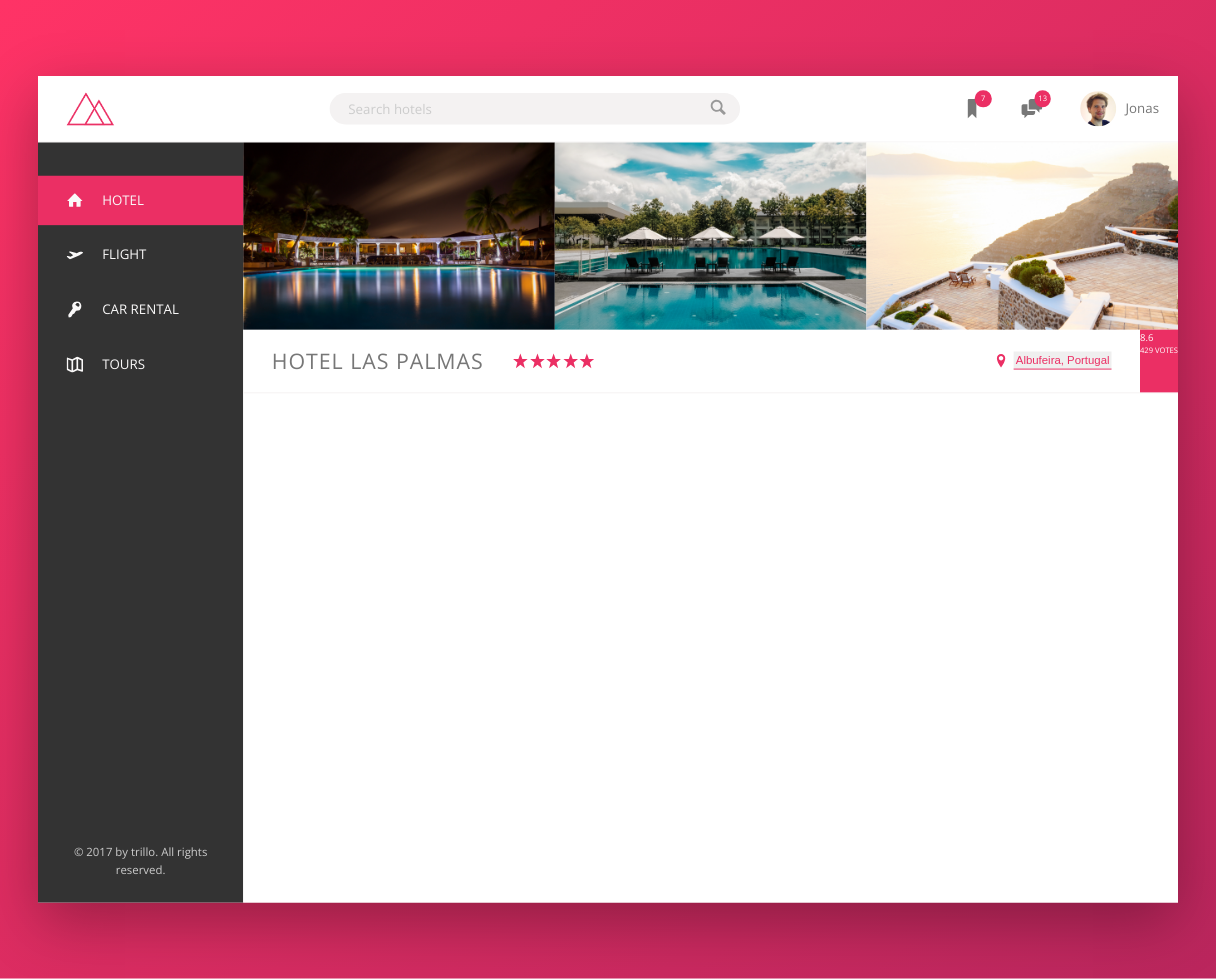
Repository: MalgorzataMazur/Trillo
Page: index.html
These files come from the project's save history. The page is drawn as it stood at one moment and after the next save; the edit follows.
The browser window is 1280 px wide. The pictures show the whole page, at 95% of full size.
The style sheet was rebuilt from its Sass, Less or Tailwind sources for each picture, by a compiler version that may differ from the author's.

Above is the page before, as saved 2020-03-27 16:08:39.

### index.html
<!DOCTYPE html>
<html lang="en">
    <head>
        <meta charset="UTF-8">
        <meta name="viewport" content="width=device-width, initial-scale=1.0">

        <link href="https://fonts.googleapis.com/css?family=Open+Sans:300,400,600" rel="stylesheet">
        <link rel="stylesheet" href="css/style.css">
        <link rel="shortcut icon" type="image/png" href="img/favicon.png">

        <title>trillo &mdash; Your all-in-one booking app</title>
    </head>
    <body>
        <div class="container">
            <header class="header">
                <img src="img/logo.png" alt="trillo logo" class="logo">

                <form action="#" class="search">
                    <input type="text" class="search__input" placeholder="Search hotels">
                    <button class="search__button">
                        <svg class="search__icon">
                            <use xlink:href="img/sprite.svg#icon-magnifying-glass"></use> <!--include svg -->
                        </svg>
                    </button>
                </form>

                <nav class="user-nav">
                    <div class="user-nav__icon-box">
                        <svg class="user-nav__icon">
                            <use xlink:href="img/sprite.svg#icon-bookmark"></use>
                        </svg>
                        <span class="user-nav__notification">7</span>
                    </div>
                    <div class="user-nav__icon-box">
                        <svg class="user-nav__icon">
                            <use xlink:href="img/sprite.svg#icon-chat"></use>
                        </svg>
                        <span class="user-nav__notification">13</span>
                    </div>
                    <div class="user-nav__user">
                        <img src="img/user.jpg" alt="User photo" class="user-nav__user-photo">
                        <span class="user-nav__user-name">Jonas</span>
                    </div>
                </nav>
            </header>
            <div class="content">
                <nav class="sidebar">
                    <ul class="side-nav">
                        <li class="side-nav__item side-nav__item--active">
                            <a href="#" class="side-nav__link">
                                <svg class="side-nav__icon">
                                    <use xlink:href="img/sprite.svg#icon-home"></use>
                                </svg>
                                <span>Hotel</span>
                            </a>
                        </li>
                        <li class="side-nav__item">
                            <a href="#" class="side-nav__link">
                                <svg class="side-nav__icon">
                                    <use xlink:href="img/sprite.svg#icon-aircraft-take-off"></use>
                                </svg>
                                <span>Flight</span>
                            </a>
                        </li>
                        <li class="side-nav__item">
                            <a href="#" class="side-nav__link">
                                <svg class="side-nav__icon">
                                    <use xlink:href="img/sprite.svg#icon-key"></use>
                                </svg>
                                <span>Car rental</span>
                            </a>
                        </li>
                        <li class="side-nav__item">
                            <a href="#" class="side-nav__link">
                                <svg class="side-nav__icon">
                                    <use xlink:href="img/sprite.svg#icon-map"></use>
                                </svg>
                                <span>Tours</span>
                            </a>
                        </li>
                    </ul>

                    <div class="legal">
                        &copy; 2017 by trillo. All rights reserved. <!-- html entity -->
                    </div>
                </nav>
                <main class="hotel-view">
                    <div class="gallery">
                        <figure class="gallery__item">
                            <img src="img/hotel-1.jpg" alt="Photo of hotel 1" class="gallery__photo">
                        </figure>
                        <figure class="gallery__item">
                            <img src="img/hotel-2.jpg" alt="Photo of hotel 2" class="gallery__photo">
                        </figure>
                        <figure class="gallery__item">
                            <img src="img/hotel-3.jpg" alt="Photo of hotel 3" class="gallery__photo">
                        </figure>
                    </div>

                    <div class="overview">
                        <h1 class="overview__heading">
                            Hotel Las Palmas
                        </h1>

                        <div class="overview__stars">
                            <svg class="overview__icon-star">
                                <use xlink:href="img/sprite.svg#icon-star"></use>
                            </svg>
                            <svg class="overview__icon-star">
                                <use xlink:href="img/sprite.svg#icon-star"></use>
                            </svg>
                            <svg class="overview__icon-star">
                                <use xlink:href="img/sprite.svg#icon-star"></use>
                            </svg>
                            <svg class="overview__icon-star">
                                <use xlink:href="img/sprite.svg#icon-star"></use>
                            </svg>
                            <svg class="overview__icon-star">
                                <use xlink:href="img/sprite.svg#icon-star"></use>
                            </svg>
                        </div>

                        <div class="overview__location">
                            <svg class="overview__icon-location">
                                <use xlink:href="img/sprite.svg#icon-location-pin"></use>
                            </svg>
                            <button class="btn-inline">Albufeira, Portugal</button>
                        </div>

                        <div class="overview__rating">
                            <div class="overiew__rating-average">8.6</div>
                            <div class="overview__rating-count">429 votes</div>
                        </div>
                </main>
            </div>

        </div>
    </body>
</html>

### sass/_base.scss
//variable will be avuialable for entire documents here, global parent of elelemnt
:root { //root pseudoclass the same like ktml but higher specifity //css custom proiperties variables I use here define in declaration bloxk remember
    --color-primary: #eb2f64;
    --color-primary-light: #FF3366;
    --color-primary-dark: #BA265D;

    --color-grey-light-1: #faf9f9;
    --color-grey-light-2: #f4f2f2;
    --color-grey-light-3: #f0eeee;
    --color-grey-light-4: #ccc;

    --color-grey-dark-1: #333;
    --color-grey-dark-2: #777;
    --color-grey-dark-3: #999;

    --shadow-dark: 0 2rem 6rem rgba(0,0,0,.3);

}

* { //first global settings *,htm, body
    margin: 0;
    padding: 0;
}

*,
*::before,
*::after {
    box-sizing: inherit;
}

html {
    box-sizing: border-box;
    font-size: 62.5%; //1rem = 10px, 10px/16px = 62.5%
}

body {
    font-family: 'Open Sans', sans-serif;
    font-weight: 400;
    line-height: 1.6;
    color: var(--color-grey-dark-2);
    background-image: linear-gradient(to right bottom, var(--color-primary-light), var(--color-primary-dark)); //gradient from the left top cornet to right bottom corner
    background-size: cover;
    background-repeat: no-repeat; //default is repeat in css

    min-height: 100vh; //min height but if height can be bigger than that will be simply bigger
}

### sass/_layout.scss
.container {
    max-width: 120rem; //container can decrease if hasn't got enough enough space to display our 120rem,;inaczej 1200px i jesli mniej to zajmie 100% szerokosci portu
    margin: 8rem auto;
    background-color: var(--color-grey-light-1);
    box-shadow: var(--shadow-dark);

    min-height: 50rem;
}

.header {
    font-size: 1.4rem;
    height: 7rem;
    background-color: #fff;
    border-bottom: 1px solid var(--color-grey-light-2);

    display: flex; //cause it is parent element
    justify-content: space-between; // divide empty space between 3 elements
    align-items: center; //wzdłuż osi poprzecznej center
}

.content {
    display: flex;
}

.sidebar {
    background-color: var(--color-grey-dark-1);

    flex: 0 0 18%; //don't want to grow & shrink & we want 18% of width; automatic wil be

    display: flex;
    flex-direction: column; //change the direction of the main axis from left to right to top to bottom
    justify-content: space-between;
}

.hotel-view {
    background-color: #fff;
    ////test
    height: 80rem;

    flex: 1; //by using flex 1 element should grow as much as that can; na tyle ile ma przestrzeni
}

### sass/_components.scss
/////////////////////////////////
////LOGO
.logo {
    height: 3.5rem;
    margin-left: 3rem;
}



/////////////////////////////////
////SEARCH
.search {
    flex: 0 0 40%; //grow shrink occupy

    display: flex;//flex item is becoming flex container,; we center loop icon btn
    align-items: center; //center elem along the cross axis
    justify-content: center; //center elem along the main axis

    &__input {
        font-family: inherit;
        font-size: inherit;
        color: inherit;
        background-color: var(--color-grey-light-2);
        border: none;
        border-radius: 100px;
        padding: .7rem 2rem;
        width: 90%;
        transition: all .2s;
        margin-right: -3.25rem; //this way the btn move on top of input

        &:focus {
            outline: none;
            width: 100%;
            background-color: var(--color-grey-light-3);
        }

        &::-webkit-input-placeholder {
            font-weight: 100;
            color: var(--color-grey-light-4);
        }
    }

    &__input:focus + &__button { //sibling, adjust element; the same backgr color
        background-color: var(--color-grey-light-3);
    }

    &__button {
        border: none;
        background-color: var(--color-grey-light-2);

        &:focus {
            outline: none;
        }

        &:active {
            transform: translate(2px);
        }
    }

    &__icon {
        height: 2rem;
        width: 2rem;
        fill: var(--color-grey-dark-3);
}
}



/////////////////////////////////
////USER NAVIGATION
.user-nav {
    align-self: stretch; //żeby one sie rozciagaly, is like align items but for one individual item; ovverite in header align item center

    display: flex; //flex item on the sam etime is flex container
    align-items: center;

    & > * {
        padding: 0 2rem;
        cursor: pointer;
        display: flex;
        height: 100%;
        align-items: center; //when we hoover thy arent on the top; vertical align
   }

    & > *:hover {
        background-color: var(--color-grey-light-2);
    }

    &__icon-box {
        position: relative;
    }

    &__icon {
        height: 2.25rem;
        width: 2.25rem;
        fill: var(--color-grey-dark-2);
    }

    &__notification {
        font-size: .8rem;
        height: 1.75rem;
        width: 1.75rem;
        border-radius: 50%;
        background-color: var(--color-primary);
        color: #fff;
        position: absolute; //parent elememnt is iconbox relative
        top: 1.5rem;
        right: 1.1rem;

        display: flex;
        justify-content: center;
        align-items: center;
    }

    &__user-photo {
        height: 3.75rem;
        border-radius: 50%;
        margin-right: 1rem;
    }
}



/////////////////////////////////
////SIDE NAVIGATION
.side-nav {
    font-size: 1.4rem;
    list-style: none;
    margin-top: 3.5rem;

    &__item {
        position: relative;

        &:not(:last-child) { //all the items except the last one
            margin-bottom: .5rem;
        }
    }

    &__item::before { //line becpmes invisible which then expands to the right side
        content: "";
        position: absolute;
        top: 0;
        left: 0;
        height: 100%;
        width: 3px;
        background-color: var(--color-primary);
        transform: scaleY(0); //normal state without any hover
        transition: transform .2s, //first transform ghappens during .2s & we wait this time .2s until we start transitioning the width .4s
                    width .4s cubic-bezier(1,0,0,1) .2s,
                    background-color .1s; //we can set diffrent settings for diffrent properties. we can have the staged animations where first the transform happens then the width
    }

    &__item:hover::before,
    &__item--active::before {
        transform: scaleY(1); //only occurs Y direction from top to bottom
        width: 100%;
    }

    &__item:active::before {
        background-color: var(--color-primary-light);
    }

    &__link:link,
    &__link:visited {
        color: var(--color-grey-light-1);
        text-decoration: none;
        text-transform: uppercase;
        display: block;
        padding: 1.5rem 3rem;
        position: relative; //on top of the before elem after hover

        display: flex;
        align-items: center; //ikony równo z napisem z listy
    }

    &__icon {
        width: 1.75rem;
        height: 1.75rem;
        margin-right: 2rem;
        fill: currentColor; //means color ofthe current elelemnt or the parent element
    }
}



/////////////////////////////////
////LEGAL TEXT
.legal {
    font-size: 1.2rem;
    color: var(--color-grey-light-4);
    text-align: center;
    padding: 2.5rem;
}



/////////////////////////////////
////SIDE NAVIGATION
.gallery {
    display: flex;

    &__photo {
        width: 100%;
        display: block;
    }
}



/////////////////////////////////
////SIDE NAVIGATION
.overview {
    display: flex; // justify-content: space-between; //evenly distribute all the elements along the main axis
    align-items: center;
    border-bottom: 1px solid var(--color-grey-light-2);

    &__heading {
        font-size: 2.25rem;
        font-weight: 300;
        text-transform: uppercase;
        letter-spacing: 1px;
        padding: 1.5rem 3rem;
    }

    &__stars {
        // flex: 1;
        margin-right: auto; //we created the space without actually stretching out this entire element; element only occypying the space that it needs here
        display: flex;    }

    &__icon-star,
    &__icon-location {
        width: 1.75rem;
        height: 1.75rem;
        fill: var(--color-primary);
    }

    &__location {
        font-size: 1.2rem;
        display: flex;
        align-items: center;
    }

    &__icon-location {
        margin-right: .5rem;
    }

    &__rating {
        background-color: var(--color-primary);
        color: #fff;
        margin-left: 3rem;
        align-self: stretch;

    }

    &__rating-average {
        font-size: 2.25rem;
        font-weight: 300;
        align-items: center;
    }

    &__rating-count {
        font-size: .8rem;
        text-transform: uppercase;
    }
}



/////////////////////////////////
////BUTTON-LINE
.btn-inline {
    border: none;
    color: var(--color-primary);
    font-size: inherit;
    border-bottom: 1px solid currentColor;
    padding: 2px;
    display: inline-block;
    background-clip: transparent;
    cursor: pointer;
    transition: all .2s;

    &:hover {
        color: var(--color-grey-dark-1); //when hover the border becomes the exact same color as the tex
    }

    &:focus {
        outline: none;
        animation: pulsate 1s infinite;
    }
}

@keyframes pulsate {
    0% { //normal state
        transform: scale(1);
        box-shadow: none;
    }

    50% { //scale a little bit
        transform: scale(1.05);
        box-shadow: 0 1rem 4rem rgba(0,0,0,.25);
    }

    100% { //back to the normal
        transform: scale(1);
        box-shadow: none;
    }
}

Loaded but not shown: sass/main.scss (common file)

After the next save:
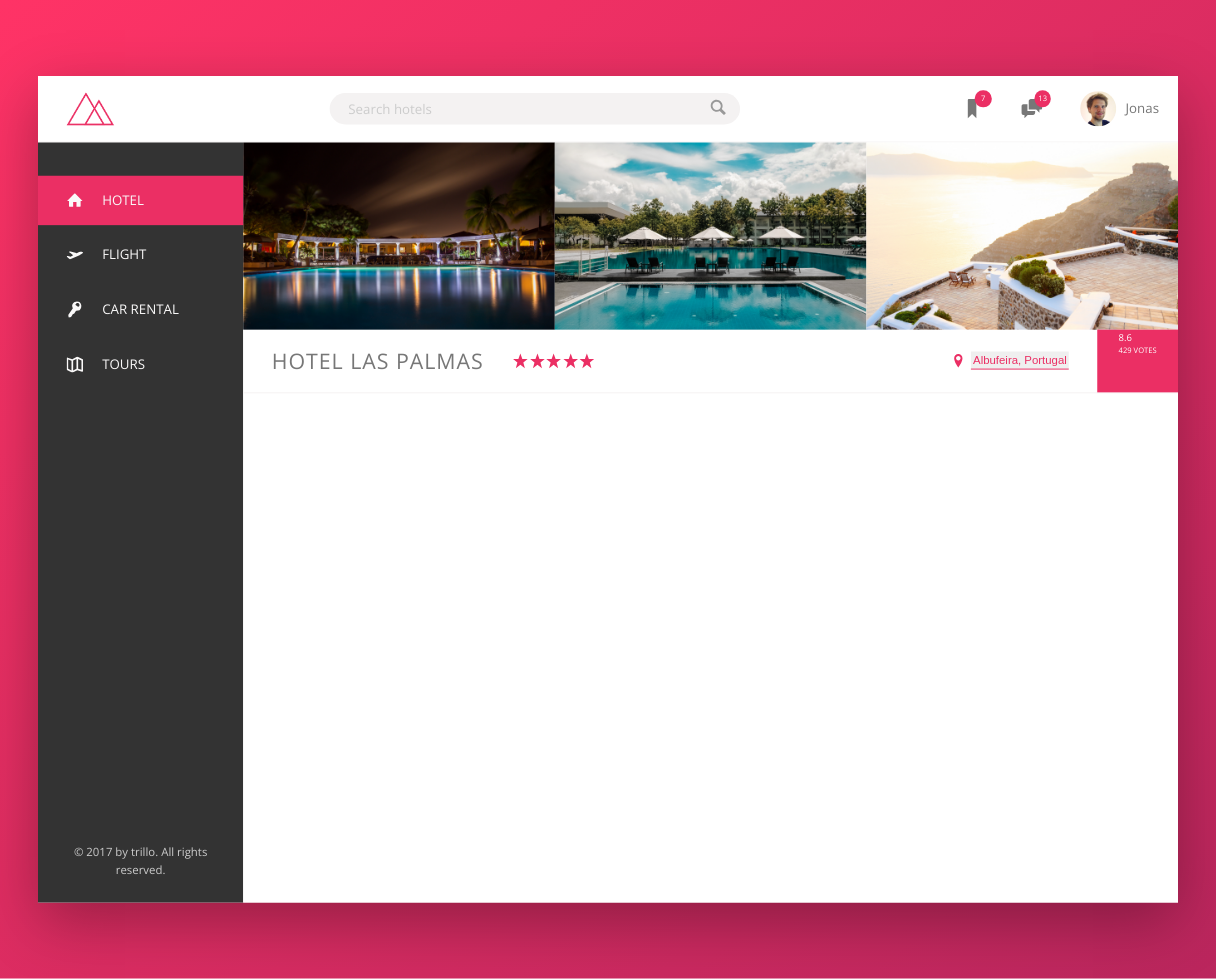
Saved 3 min 25 s later.
--- a/sass/_components.scss
+++ b/sass/_components.scss
@@ -248,14 +248,13 @@
         background-color: var(--color-primary);
         color: #fff;
         margin-left: 3rem;
-        align-self: stretch;
-
+        padding: 0 2.25rem;
+        align-self: stretch; //occupy all the space that it has available
     }
 
     &__rating-average {
         font-size: 2.25rem;
         font-weight: 300;
-        align-items: center;
     }
 
     &__rating-count {
